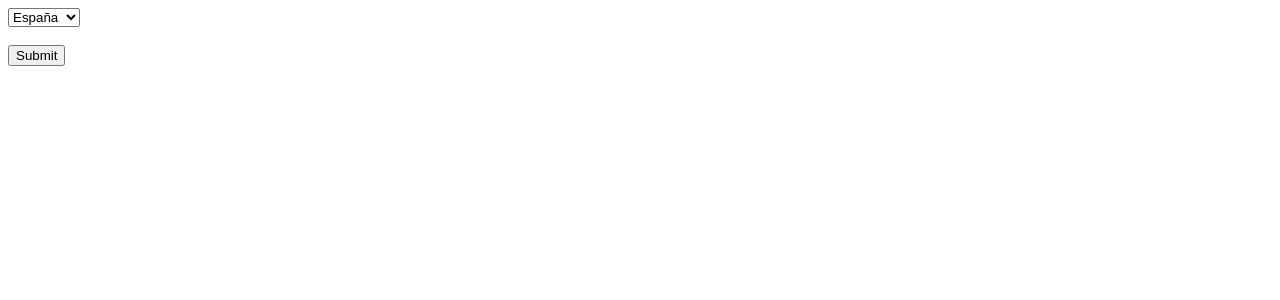
Repository: viorelrosu/spring
Page: http://localhost/Clase/Ej08
The author's editor kept a copy of each file at every save. The page is drawn from the files as they stood at one save, then again after the next save.
The browser window is 1280 px wide. The pictures show the whole page.
The page is served by Tomcat 9.

Above is the page before, as saved 2021-01-15 08:06:29.

After the next save:
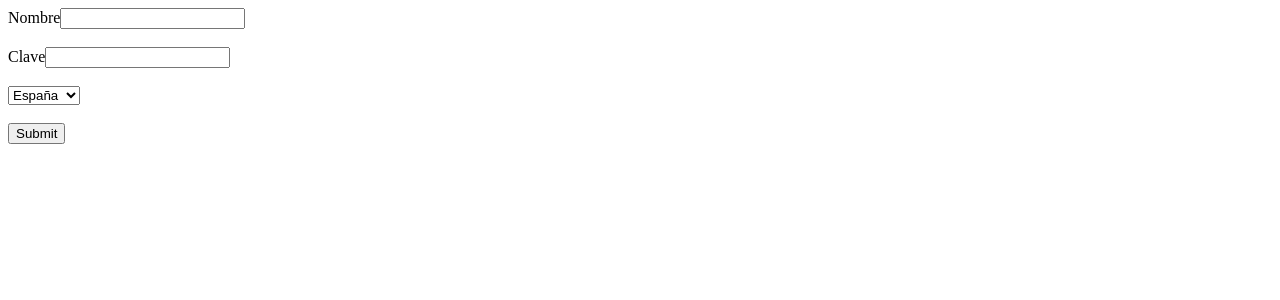
Saved 76 s later.
--- a/Clase/src/t7/ej08/Ej08.java
+++ b/Clase/src/t7/ej08/Ej08.java
@@ -20,6 +20,8 @@ public class Ej08 extends HttpServlet {
 		response.setContentType("text/html");
 		String paises = Helpers.generaSelect("paises", Map.of("España","ES","Italia","IT","Francia","FR","Portugal","PO"), "España");
 		response.getWriter().println("<form>");
+		response.getWriter().println("Nombre" + "<input type=\"text\" name=\"nombre\" ><br><br>");
+		response.getWriter().println("Clave" + "<input type=\"text\" name=\"clave\" ><br><br>");
 		response.getWriter().println(paises +"<br/><br>");
 		response.getWriter().println("<input type=\"submit\">");
 		response.getWriter().println("</form>");
